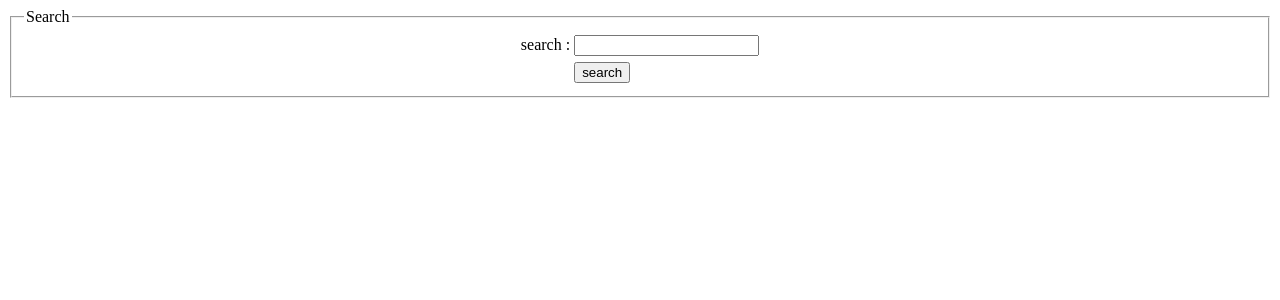
Repository: ashwinibd6697/ust-19sep-ashwinibd
Page: ust-java/empwebapp/WebContent/search.html
The author's editor kept a copy of each file at every save. The page is drawn from the files as they stood at one save, then again after the next save.
The browser window is 1280 px wide. The pictures show the whole page.

Above is the page before, as saved 2019-11-15 09:28:49.

After the next save:
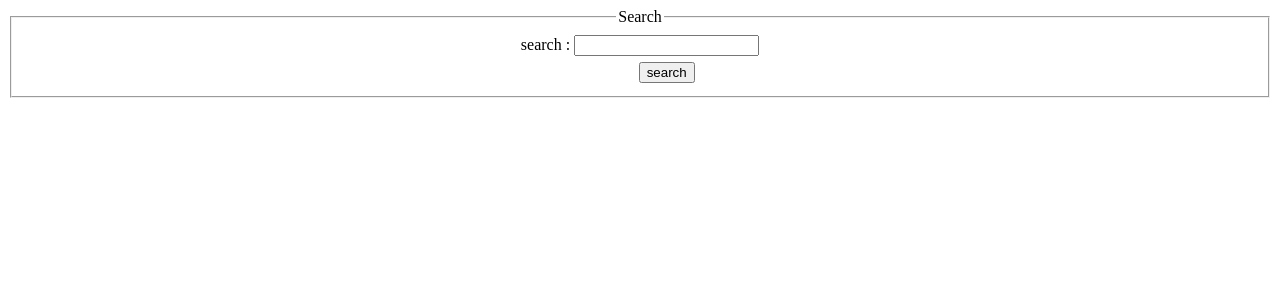
Saved 30 s later.
--- a/ust-java/empwebapp/WebContent/search.html
+++ b/ust-java/empwebapp/WebContent/search.html
@@ -6,7 +6,7 @@
 </head>
 <body>
 
-<fieldset >
+<fieldset align="center" >
 <legend>Search</legend>
 <form action="">
   <table align="center">
